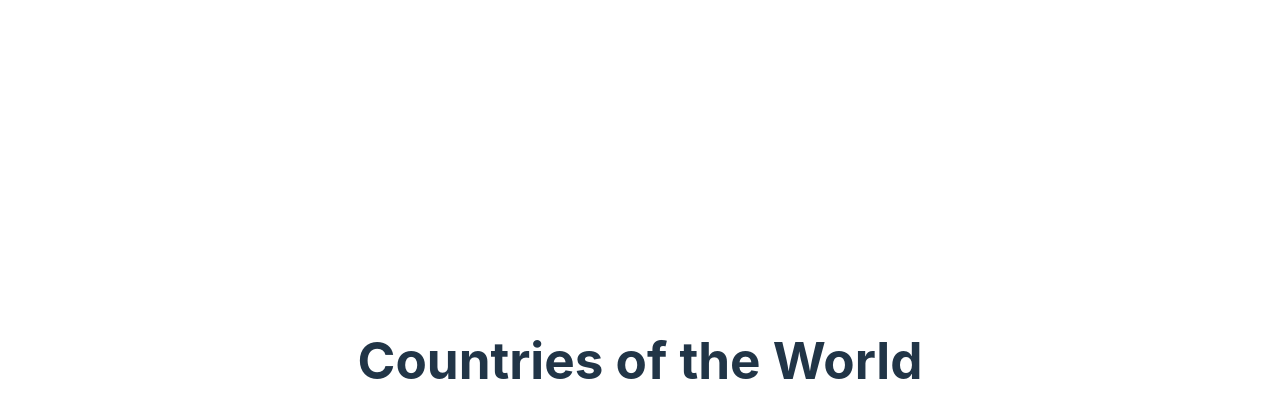
Repository: Vanessahyc/COMP3170_Lab06
Page: /
These files come from the project's save history. The page is drawn as it stood at one moment and after the next save; the edit follows.
The browser window is 1280 px wide. The pictures show the whole page.
The page's requests for data from a server got no answer. The project was rebuilt for these pictures with package versions that can differ from the ones it lists, and the page was loaded fresh each time. No one was signed in, and anything a server would have sent is missing. Also part of the build but not shown: vite.config.js, src/components/Country.jsx.

Above is the page before, as saved 2024-11-14 11:52:18.

### src/App.jsx
import { useEffect, useState } from 'react'
import './App.css'
import Countries from './components/Countries';

function App() {

  const [countries, setCountries] = useState([]);
  const url = "https://restcountries.com/v3.1/all";

  // useEffect(() => {
  //   fetch('https://restcountries.com/v3.1/all')
  //     .then(response => response.json())
  //     .then(data => {
  //       setCountries(data);
  //     })
  //     .catch(error => console.error('Error fetching countries', error));
  // }, []);

  async function fetchData(url) {
    let response, data;

    try {
      response = await fetch(url);
      data = await response.json();


    } catch(e) {
      console.error(e.message);
    }
  }

  fetchData(url);

  return (
    <div>
      <h1>Countries of the World</h1>
      <Countries countries={countries}/>
    </div>
  );
}

export default App

### src/components/Countries.jsx
import Country from "./Country";

export default function Countries({countries}) {
    return(
        <div>
            {
                countries.map(country => (
                    <Country
                        key={country.cca3}
                        url={country.flags.svg}
                        countryName={country.name.common}
                        capital={country.capital}
                        population={country.population}
                        languages={country.languages}
                        currencies={country.currencies}
                        area={country.area}
                        region={country.region}
                        continents={country.continents}
                        googleMaps={country.googleMaps}
                    />
                ))
            }
        </div>
    );
}

Loaded but not shown: index.html (common file); src/main.jsx (common file); src/index.css (common file); src/App.css (common file)

After the next save:
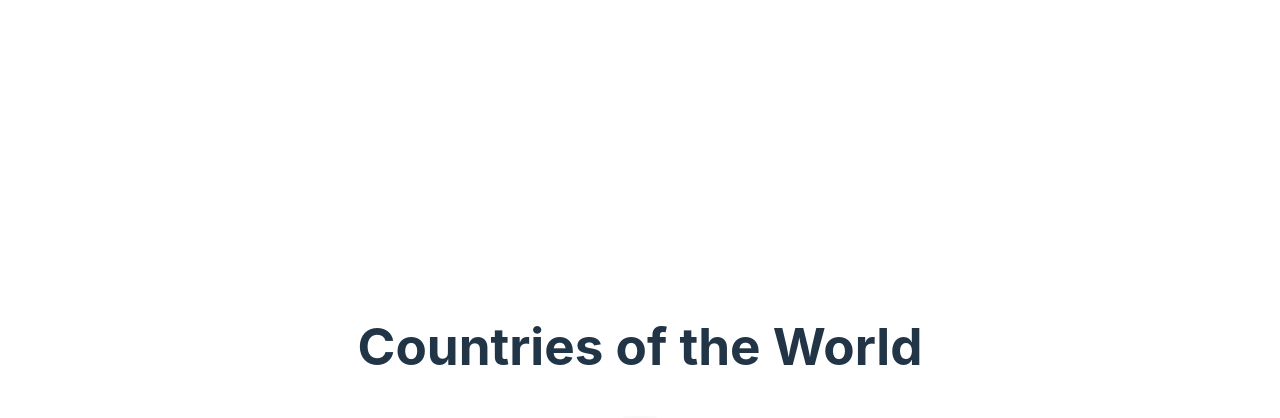
Saved 81 s later.
--- a/src/App.jsx
+++ b/src/App.jsx
@@ -29,11 +29,16 @@ function App() {
     }
   }
 
-  fetchData(url);
+  function handleFetch(e) {
+    e.preventDefault();
+    fetchData(url);
+  }
+
 
   return (
     <div>
       <h1>Countries of the World</h1>
+      <button onClick={handleFetch}></button>
       <Countries countries={countries}/>
     </div>
   );
